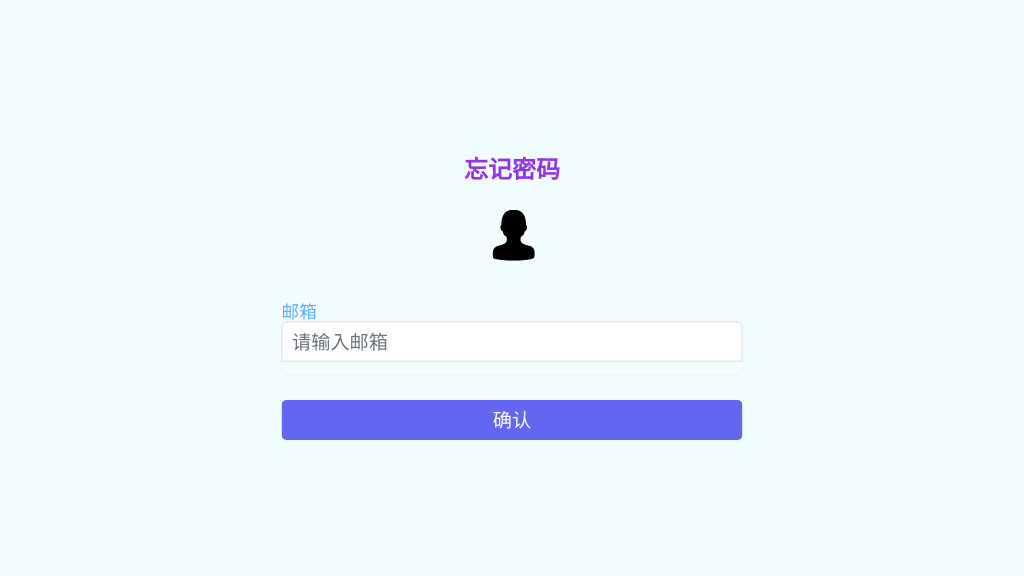
Repository: LiuRuohui/test_the_tailwindcss
Page: /
The author's editor kept a copy of each file at every save. The page is drawn from the files as they stood at one save, then again after the next save.
The browser window is 1280 px wide. The pictures show the whole page, at 80% of full size.
The project was rebuilt for these pictures with package versions that can differ from the ones it lists, and the page was loaded fresh each time. Also part of the build but not shown: vite.config.js, src/components/WelcomingPage.vue, src/components/HelloWorld.vue, src/components/UpdateInformation.vue, src/components/ShowInformation.vue, src/components/MainPage.vue.

Above is the page before, as saved 2022-03-13 12:28:44.

After the next save:
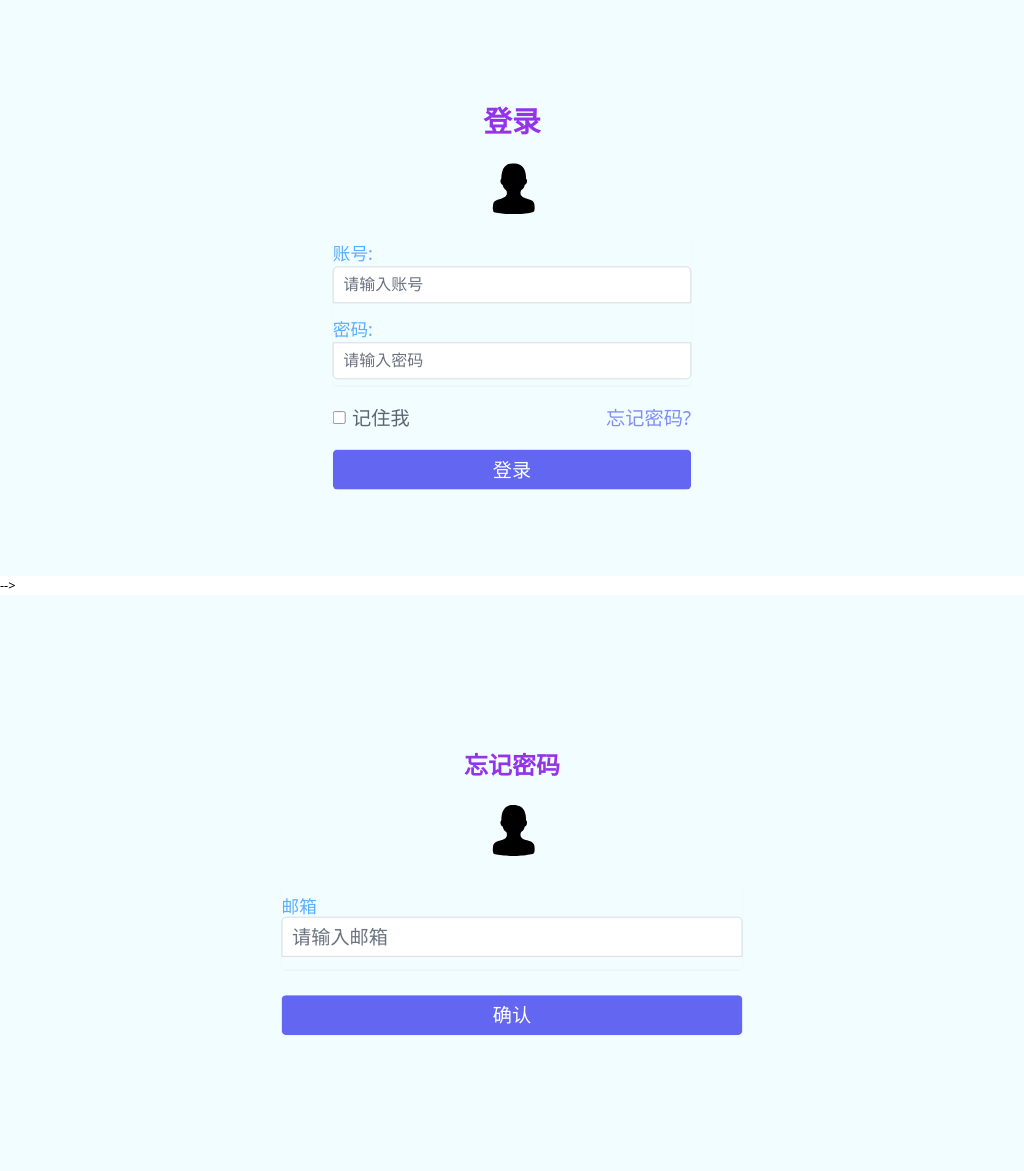
Saved 19 s later.
--- a/src/App.vue
+++ b/src/App.vue
@@ -11,7 +11,7 @@
 
 <template>
 <!--<WelcomingPage class="page"></WelcomingPage>
-<RegisterPage class="page"></RegisterPage>
+<RegisterPage class="page"></RegisterPage>   -->
 <LoginPage class="page"></LoginPage>   -->
 <ForgetPasswd class="page"></ForgetPasswd>
 <!--<UpdateInformation class="page"></UpdateInformation>

After the save that followed:
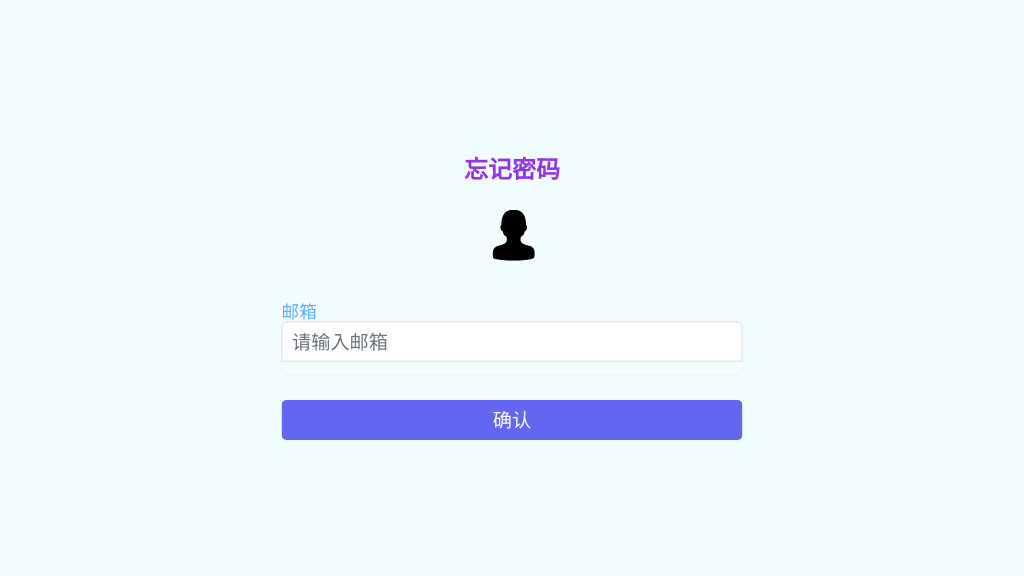
Saved 17 s later.
--- a/src/App.vue
+++ b/src/App.vue
@@ -11,7 +11,7 @@
 
 <template>
 <!--<WelcomingPage class="page"></WelcomingPage>
-<RegisterPage class="page"></RegisterPage>   -->
+<RegisterPage class="page"></RegisterPage>
 <LoginPage class="page"></LoginPage>   -->
 <ForgetPasswd class="page"></ForgetPasswd>
 <!--<UpdateInformation class="page"></UpdateInformation>
